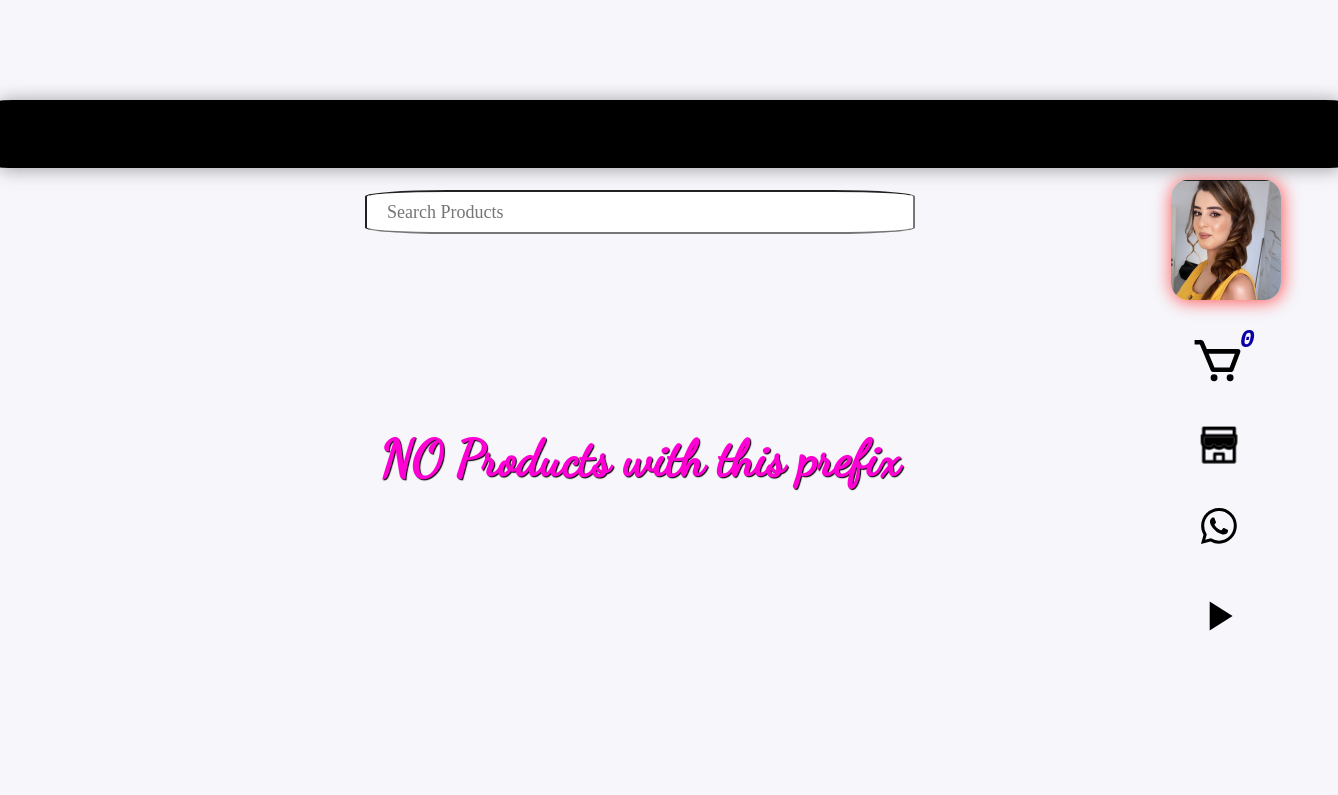
Repository: rehamAbass/BeautyCareShop
Page: /
An editor plug-in stored every save of this project. The page is shown before and after a run of saves, followed by the edit.
The browser window is 1280 px wide. The page is 1338 px wide, so the pictures cover 1338 px, including what lies to the right of the window. The pictures show the whole page.
The page's requests for data from a server got no answer. Some web fonts or font styles are not loaded; a fallback is used. The project was rebuilt for these pictures with package versions that can differ from the ones it lists, and the page was loaded fresh each time. No one was signed in, and anything a server would have sent is missing. Also part of the build but not shown: src/components/allProducts/prod/card.css, src/components/allProducts/prod/card.component.jsx, src/components/myCart/myCart.css, src/components/myCart/cartProduct/cartProduct.css, src/components/myCart/cartProduct/cartProduct.jsx, src/components/myCart/myCart.jsx. Imported but missing from the stored project, and not drawn on this page: src/components/header/music/ed.mp3.

Above is the page before, as saved 2022-06-08 13:42:54.

After the next 3 saves:
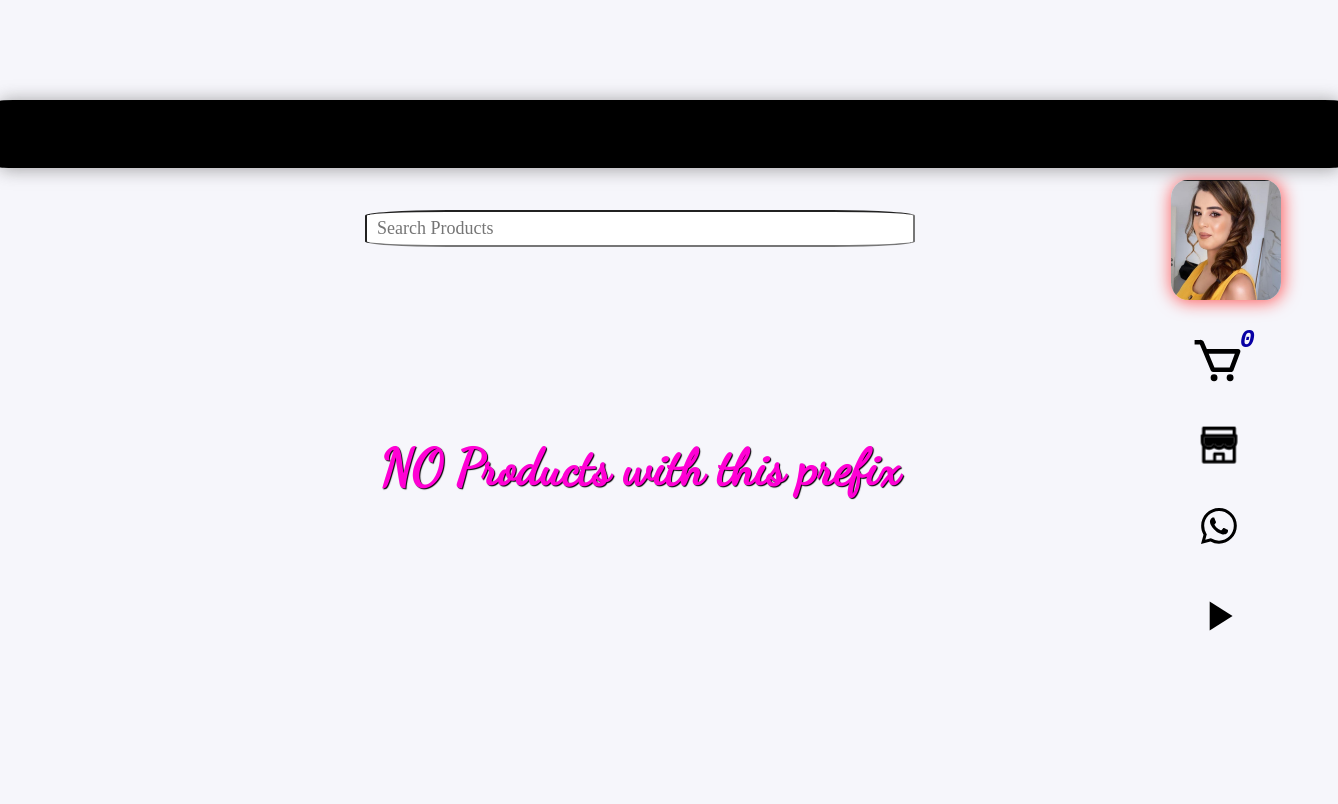
The 3 saves are shown as one change because they came seconds apart.
The last was saved 14 s later.
--- a/src/components/search-box/search-box.css
+++ b/src/components/search-box/search-box.css
@@ -18,10 +18,10 @@
 .search-box2 {
     width: 550px;
     height: 37px;
-    margin-top: 150px;
-    padding: 20px;
+    margin-top: 170px;
+    padding: 10px;
     line-height: 30px;
-    margin-bottom: 5px;
+    margin-bottom: 1px;
     color: rgb(0, 0, 0);
     font-weight: 400;
     font-family:serif;
